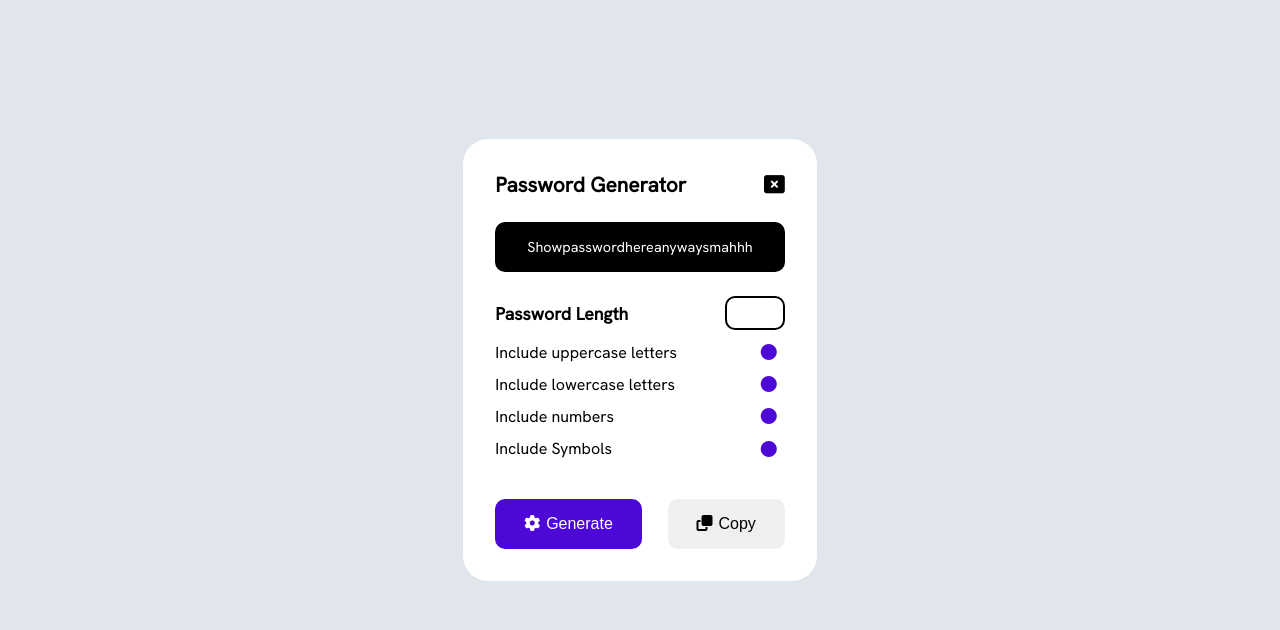
Repository: emiliaiwu/password_generator
Page: index.html
An editor plug-in stored every save of this project. The page is shown before and after a run of saves, followed by the edit.
The browser window is 1280 px wide. The pictures show the whole page.
Some web libraries are served in a nearby version.

Above is the page before, as saved 2022-12-14 04:49:47.

### index.html
<!DOCTYPE html>
<html lang="en">
<head>
    <meta charset="UTF-8">
    <meta http-equiv="X-UA-Compatible" content="IE=edge">
    <meta name="viewport" content="width=device-width, initial-scale=1.0">
    <link rel="stylesheet" href="style.css">
    <script src="https://kit.fontawesome.com/fd9c36575f.js" crossorigin="anonymous"></script>
    <title>Password Generator</title>
</head>
<body>
    <div class="container">
        <div class="title">
            <h2>Password Generator</h2>
            <i class="fa-solid fa-rectangle-xmark"></i>
        </div>

        <div class="display_password">
            <p>Showpasswordhereanywaysmahhh</p>
        </div>

        <div class="password_attributes">
            <div class="password_length">
                <h3>Password Length</h3>
                <input type="text">
            </div>

            <div class="password_includes">
                <ul>
                    <li class="list">
                        <label for="uppercase" id="uppercase_letters">Include uppercase letters
                            <i class="fa-solid fa-circle"></i>
                            <i class="fa-solid fa-circle-check"></i>
                            <input type="checkbox" name="uppercase" id="uppercase" class="uppercase">
                        </label>
                    </li>
                    <li class="list">
                        <label for="lowercase" id="lowercase_letters">Include lowercase letters
                            <i class="fa-solid fa-circle"></i>
                            <i class="fa-solid fa-circle-check"></i>
                            <input type="checkbox" name="lowercase" id="lowercase" class="lowercase">
                        </label>
                    </li>
                    <li class="list">
                        <label for="numbers" id="include_numbers">Include numbers
                            <i class="fa-solid fa-circle"></i>
                            <i class="fa-solid fa-circle-check"></i>
                            <input type="checkbox" name="numbers" id="numbers" class="numbers">
                        </label>

                    </li>
                    <li class="list">
                        <label for="symbols" id="include_symbols">Include Symbols
                            <i class="fa-solid fa-circle"></i>
                            <i class="fa-solid fa-circle-check"></i>
                            <input type="checkbox" name="symbols" id="symbols" class="symbols">
                        </label>

                    </li>
                </ul>
            </div>
        </div>

        <div class="cta">
            <button class="btn generate"><i class="fa-solid fa-gear"></i>Generate</button>
            <button class="btn copy"><i class="fa-solid fa-clone"></i>Copy</button>
        </div>
    </div>
</body>
</html>

### style.css
@import url('https://fonts.googleapis.com/css2?family=Hanken+Grotesk:wght@300;400&display=swap');


* {
    margin: 0;
    padding: 0;
    box-sizing: border-box;
    list-style-type: none;
}


:root {
    --BG-COLOR: #fff;
    --BG-COLOR2:
}


body {
    width: 100vw;
    height: 100vh;
    font-family: 'Hanken Grotesk', sans-serif;
    display: flex;
    align-items: center;
    justify-content: center;
    color: #000;
    background-color: rgb(224, 230, 236);
}

.container {
    background-color: var(--BG-COLOR);
    display: flex;
    flex-direction: column;
    align-items: left;
    justify-content: space-between;
    gap: 1.5rem;
    padding: 2rem;
    border-radius: 25px;

}

h2 {
   font-size: 1.3rem;
   font-family: inherit;
}

h3 {
    font-size: 1.1rem;
    font-family: inherit;
}

.title,
label,
.password_length,
.cta {
    display: flex;
    align-items: center;
    justify-content: space-between;
}

.fa-rectangle-xmark {
    font-size: 1.3rem;
}

.display_password {
    padding: 1rem 2rem;
    border-radius: 10px;
    background: #000000;
    color: #fff;
    overflow: hidden;
}

.display_password p {
    font-size: .9rem;
    word-wrap: break-word;
}

.password_length input[type="text"] {
    width: 60px;
    padding: .3rem .7rem;
    font-size: 1.1rem;
    border: 2px solid #000;
    border-radius: 10px;
}

.password_length input[type="text"]:focus {
    outline: none;
}

.list {
    margin-top: .7rem;
}

.list input[type="checkbox"] {
    /* width: 20px; */
    padding: 1rem;

}

label {
     position: relative;
}

.list .fa-solid {
    position: absolute;
    top: 50%;
    right: 0;
    transform: translate(-50%, -50%);
}

.fa-circle {
    color: #4d08d8;
}

.fa-circle-check{
    opacity: 0;
}

.list input {
    opacity: 0;
}


.btn {
    margin-top: 1rem;
    padding: 1rem 1.8rem;
    font-size: 1rem;
    border: none;
    border-radius: 10px;

}

.generate {
    background-color:#4d08d8;
    color: #fff;
}

.btn .fa-solid {
    margin-right: 6px;
}

After the next 2 saves:
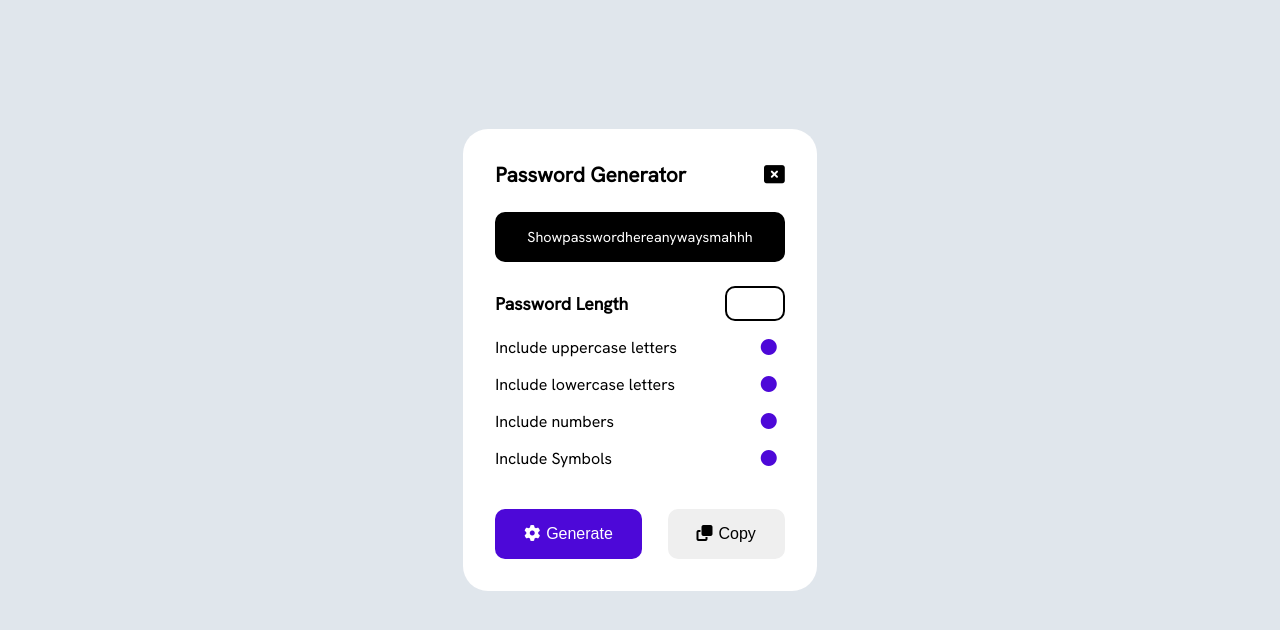
The 2 saves are shown as one change because they came seconds apart.
The last was saved 5 s later.
--- a/style.css
+++ b/style.css
@@ -87,7 +87,7 @@ label,
 }
 
 .list {
-    margin-top: .7rem;
+    margin-top: 1rem;
 }
 
 .list input[type="checkbox"] {
